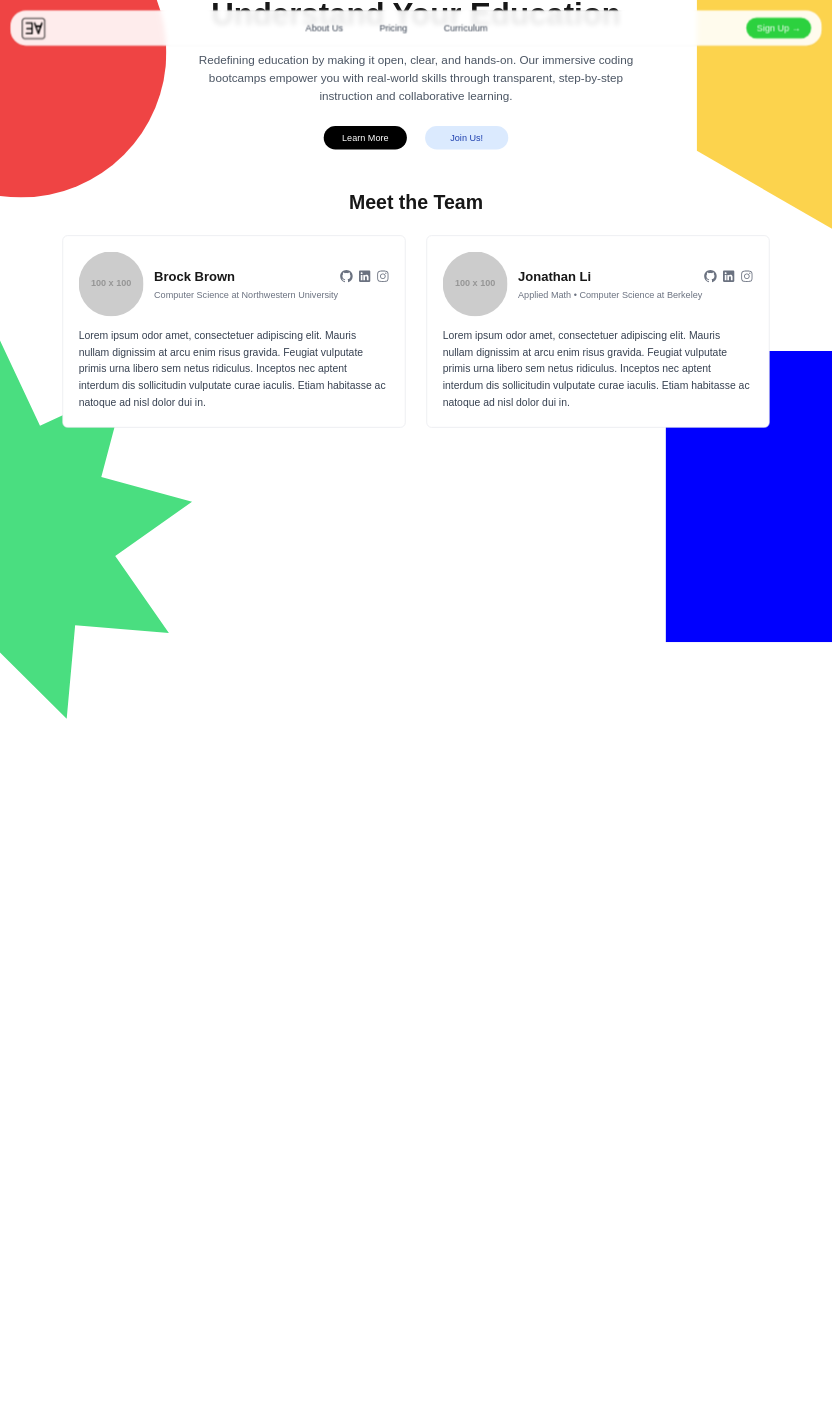
Repository: johnnyli-dev/bootcamp
Page: /
These files come from the project's save history. The page is drawn as it stood at one moment and after the next save; the edit follows.
The browser window is 1280 px wide. The pictures show the whole page, at 65% of full size.
The project was rebuilt for these pictures with package versions that can differ from the ones it lists, and the page was loaded fresh each time. The framework's server and built-in components were replaced by stand-ins that run in the browser. Also part of the build but not shown: next.config.ts.

Above is the page before, as saved 2025-02-22 15:04:24.

### app/page.tsx
import Image from "next/image";
import Navbar from "./components/Navbar";
import PCard from "./components/PCard";
import {
	GitHubLogoIcon,
	LinkedInLogoIcon,
	InstagramLogoIcon,
} from "@radix-ui/react-icons";

import {
	RedCircle,
	YellowHexagon,
	GreenStar,
	BlueSquare,
} from "./components/Shapes";

export default function Home() {
	return (
		<div className="min-h-screen bg-white relative overflow-hidden">
			{/* Hero Section */}
			<div className="relative h-screen flex items-center justify-center">
				{/* SVG Shapes positioned relative to hero section */}
				<div className="absolute inset-0">
					<RedCircle />
					<YellowHexagon />
					<GreenStar />
					<BlueSquare />
				</div>

				<Navbar />

				{/* Centered Content */}
				<div className="max-w-6xl mx-auto px-4 sm:px-6 lg:px-8 z-10">
					<main className="flex flex-col items-center text-center gap-8">
						<h1 className="text-5xl font-bold">
							Understand Your Education
						</h1>
						<p className="text-lg text-gray-600 max-w-2xl">
							Redefining education by making it open, clear, and
							hands-on. Our immersive coding bootcamps empower you
							with real-world skills through transparent,
							step-by-step instruction and collaborative learning.
						</p>
						<div className="flex gap-7 whitespace-nowrap">
							<a
								href="#learn-more"
								className="bg-black text-white px-6 py-2 rounded-full hover:bg-gray-800 transition-colors w-32 text-center text-sm"
							>
								Learn More
							</a>
							<a
								href="#join"
								className="bg-blue-100 text-blue-800 px-6 py-2 rounded-full hover:bg-blue-200 transition-colors w-32 text-center text-sm"
							>
								Join Us!
							</a>
						</div>
					</main>

					{/* About Us (Meet the Team) Section */}
					<section className="py-16 flex flex-col items-center">
						<h2 className="text-3xl font-bold mb-8">
							Meet the Team
						</h2>

						<div className="flex flex-col md:flex-row gap-8 justify-center">
							<PCard
								name="Brock Brown"
								subtitle="Computer Science at Northwestern University"
								description="Lorem ipsum odor amet, consectetuer adipiscing elit. Mauris nullam dignissim at arcu enim risus gravida. Feugiat vulputate primis urna libero sem netus ridiculus. Inceptos nec aptent interdum dis sollicitudin vulputate curae iaculis. Etiam habitasse ac natoque ad nisl dolor dui in."
								profileImage="https://placehold.co/100.png"
                                socialLinks={[
                                    {
                                        icon: <GitHubLogoIcon width={20} height={20} />,
                                        url: "https://github.com/bbrockbrown",
                                    },
                                    {
                                        icon: <LinkedInLogoIcon width={20} height={20} />,
                                        url: "https://www.linkedin.com/in/brock-brown-058216221/",
                                    },
                                    {
                                        icon: <InstagramLogoIcon width={20} height={20} />,
                                        url: "https://www.instagram.com/bbrockbrown/",
                                    },
                                ]}
							/>

							<PCard
								name="Jonathan Li"
								subtitle="Applied Math • Computer Science at Berkeley"
								description="Lorem ipsum odor amet, consectetuer adipiscing elit. Mauris nullam dignissim at arcu enim risus gravida. Feugiat vulputate primis urna libero sem netus ridiculus. Inceptos nec aptent interdum dis sollicitudin vulputate curae iaculis. Etiam habitasse ac natoque ad nisl dolor dui in."
								profileImage="https://placehold.co/100.png"
                                socialLinks={[
                                    {
                                        icon: <GitHubLogoIcon width={20} height={20} />,
                                        url: "https://github.com/johnnyli-dev",
                                    },
                                    {
                                        icon: <LinkedInLogoIcon width={20} height={20} />,
                                        url: "https://www.linkedin.com/in/johnny-li-390841220/",
                                    },
                                    {
                                        icon: <InstagramLogoIcon width={20} height={20} />,
                                        url: "https://www.instagram.com/johnny.lii/",
                                    },
                                ]}
							/>
						</div>
					</section>
				</div>
			</div>

			{/* Additional content sections */}
			<div className="h-screen" />
			<div className="h-screen" />
		</div>
	);
}

### app/globals.css
@tailwind base;
@tailwind components;
@tailwind utilities;

:root {
	--background: #ffffff;
	--foreground: #171717;
}

@media (prefers-color-scheme: dark) {
	:root {
		--background: #ffffff;
		--foreground: #171717;
	}
}

body {
	color: var(--foreground);
	background: var(--background);
	font-family: "Poppins", sans-serif;
	overflow-x: hidden;
}

.geometric-shape {
	position: absolute;
	width: 300px;
	height: 300px;
	border-radius: 50%;
}

### app/components/Navbar.tsx
import Link from "next/link";
import Image from "next/image";

export default function Navbar() {
	return (
		<div className="fixed top-4 left-4 right-4 z-50">
			<nav className="bg-white/90 backdrop-blur-sm rounded-3xl p-1 shadow-sm">
				<div className="max-w-7xl mx-auto">
					<div className="flex items-center justify-between">
						<div className="flex-shrink-0 px-2">
							<Link href="/" className="flex items-center gap-2">
								<Image
									src="/logo.png"
									alt="CodeCamp Logo"
									width={48}
									height={48}
									className="object-contain"
								/>
							</Link>
						</div>

						{/* Center navigation items */}
						<div className="flex-1 flex justify-center">
							<div className="hidden sm:flex space-x-8 items-center">
								<Link
									href="/about-us"
									className="text-gray-700 hover:text-gray-900 px-3 py-2 text-sm"
								>
									About Us
								</Link>
								<Link
									href="/pricing"
									className="text-gray-700 hover:text-gray-900 px-3 py-2 text-sm"
								>
									Pricing
								</Link>
								<Link
									href="/curriculum"
									className="text-gray-700 hover:text-gray-900 px-3 py-2 text-sm"
								>
									Curriculum
								</Link>
							</div>
						</div>

						{/* Sign Up button */}
						<div className="flex-shrink-0 px-3">
							<Link
								href="/sign-up"
								className="bg-[#2cd13f] text-white px-4 py-2 rounded-full text-sm hover:bg-[#8BBBCF] transition-colors"
							>
								Sign Up →
							</Link>
						</div>
					</div>
				</div>
			</nav>
		</div>
	);
}

### app/components/PCard.tsx
"use client";
import Image from "next/image";
import { JSX } from "react";

interface SocialLink {
	icon: JSX.Element;
	url: string;
}

interface PCardProps {
	name: string;
	subtitle: string;
	description: string;
	profileImage: string;
	socialLinks: SocialLink[];
}

export default function PCard({
	name,
	subtitle,
	description,
	profileImage,
	socialLinks,
}: PCardProps) {
	return (
		<div className="border border-gray-200 rounded-lg p-6 w-full max-w-xl bg-white">
			{/* Top row: Profile image + Name & Socials */}
			<div className="flex items-center">
				<Image
					src={profileImage}
					alt={name}
					width={100}
					height={100}
					className="rounded-full object-cover mr-4"
				/>
				<div className="flex-1">
					<div className="flex items-center justify-between">
						<h3 className="text-xl font-bold">{name}</h3>
						<div className="flex space-x-2">
							{socialLinks.map((link, index) => (
								<a
									key={index}
									href={link.url}
									target="_blank"
									rel="noopener noreferrer"
									className="text-gray-500 hover:text-gray-700"
								>
									{link.icon}
								</a>
							))}
						</div>
					</div>
					<p className="text-gray-500 text-sm mt-1">{subtitle}</p>
				</div>
			</div>
			{/* Description */}
			<p className="mt-4 text-gray-700 leading-relaxed">{description}</p>
		</div>
	);
}

### app/components/Shapes.tsx
"use client";
import { useScrollRotation } from "../hooks/useScrollRotation";
import { motion, useViewportScroll, useTransform } from "framer-motion";


export function RedCircle() {
	const rotation = useScrollRotation();
	return (
		<svg
			className="absolute top-[-20%] left-[-15%] -translate-x-1/2 -translate-y-1/2 w-[35vw] h-[35vw] transition-transform duration-100"
			viewBox="0 0 256 256"
			style={{ transform: `rotate(${rotation}deg)` }}
		>
			<circle cx="128" cy="128" r="128" fill="#EF4444" />
		</svg>
	);
}

export function YellowHexagon() {
	const rotation = useScrollRotation();
	return (
		<svg
			className="absolute top-[-20%] right-[-20%] translate-x-1/2 -translate-y-1/2 w-[40vw] h-[40vw] transition-transform duration-100"
			viewBox="0 0 256 256"
			style={{ transform: `rotate(${-rotation}deg)` }}
		>
			<polygon
				points="128,8 231.92,68 231.92,188 128,248 24.08,188 24.08,68"
				fill="#FCD34D"
			/>
		</svg>
	);
}

export function GreenStar() {
	const rotation = useScrollRotation();
	return (
		<svg
			className="absolute top-[70%] left-[-25%] -translate-x-1/2 -translate-y-1/2 w-[50vw] h-[50vw] transition-transform duration-100"
			viewBox="0 0 256 256"
			style={{ transform: `rotate(${rotation * 0.5}deg)` }}
		>
			<polygon
				points="
          128,8
          152.62,60.34
          205.13,36.08
          190.35,92
          246.18,107.16
          198.91,140.52
          231.92,188
          174.25,183.16
          169.04,240.76
          128,200
          86.96,240.76
          81.75,183.16
          24.08,188
          57.09,140.52
          9.82,107.16
          65.65,92
          50.87,36.08
          103.38,60.34
        "
				fill="#4ADE80"
			/>
		</svg>
	);
}

export function BlueSquare() {
	const rotation = useScrollRotation();
	return (
		<svg
			className="absolute top-[75%] left-[80%] -translate-x-1/2 -translate-y-1/2 w-[35vw] transition-transform h-[35vw] duration-100"
			viewBox="0 0 256 256"
			style={{ transform: `rotate(${rotation * 1.5}deg)` }}
		>
			<rect x="0" y="0" width="256" height="256" fill="blue" />
		</svg>
	);
}

### app/hooks/useScrollRotation.ts
import { useState, useEffect } from "react";

export function useScrollRotation() {
	const [rotation, setRotation] = useState(0);

	useEffect(() => {
		const handleScroll = () => {
			const scrolled = window.scrollY;
			setRotation(scrolled * 0.1); // Adjust this multiplier to control rotation speed
		};

		window.addEventListener("scroll", handleScroll);
		return () => window.removeEventListener("scroll", handleScroll);
	}, []);

	return rotation;
}

Loaded but not shown: app/layout.tsx (common file); tailwind.config.ts (common file)

After the next save:
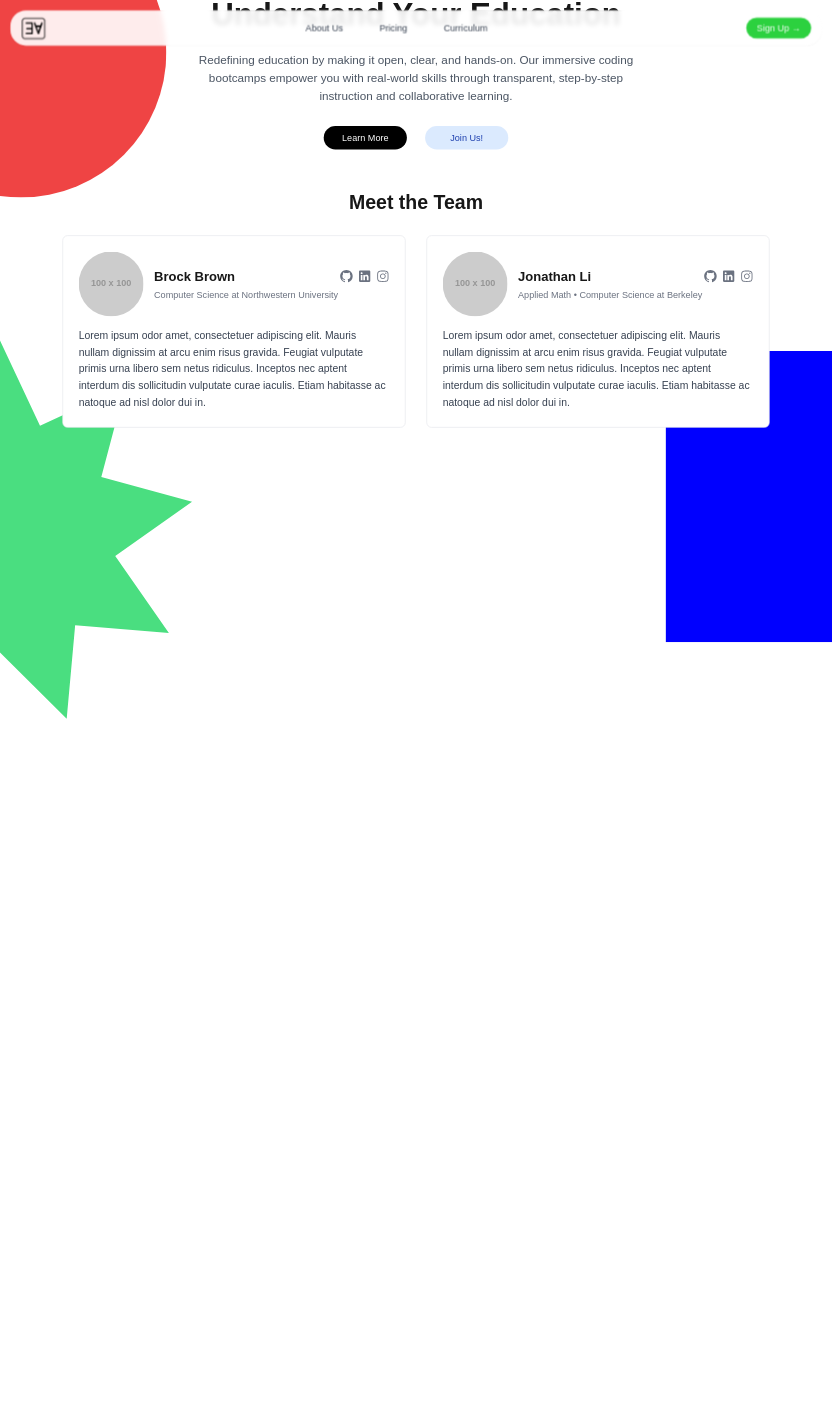
Saved 30 s later.
--- a/app/components/Shapes.tsx
+++ b/app/components/Shapes.tsx
@@ -17,7 +17,7 @@
 }
 
 export function YellowHexagon() {
-	const rotation = useScrollRotation();
+	const rotation = useViewportScroll();
 	return (
 		<svg
 			className="absolute top-[-20%] right-[-20%] translate-x-1/2 -translate-y-1/2 w-[40vw] h-[40vw] transition-transform duration-100"

After the save that followed:
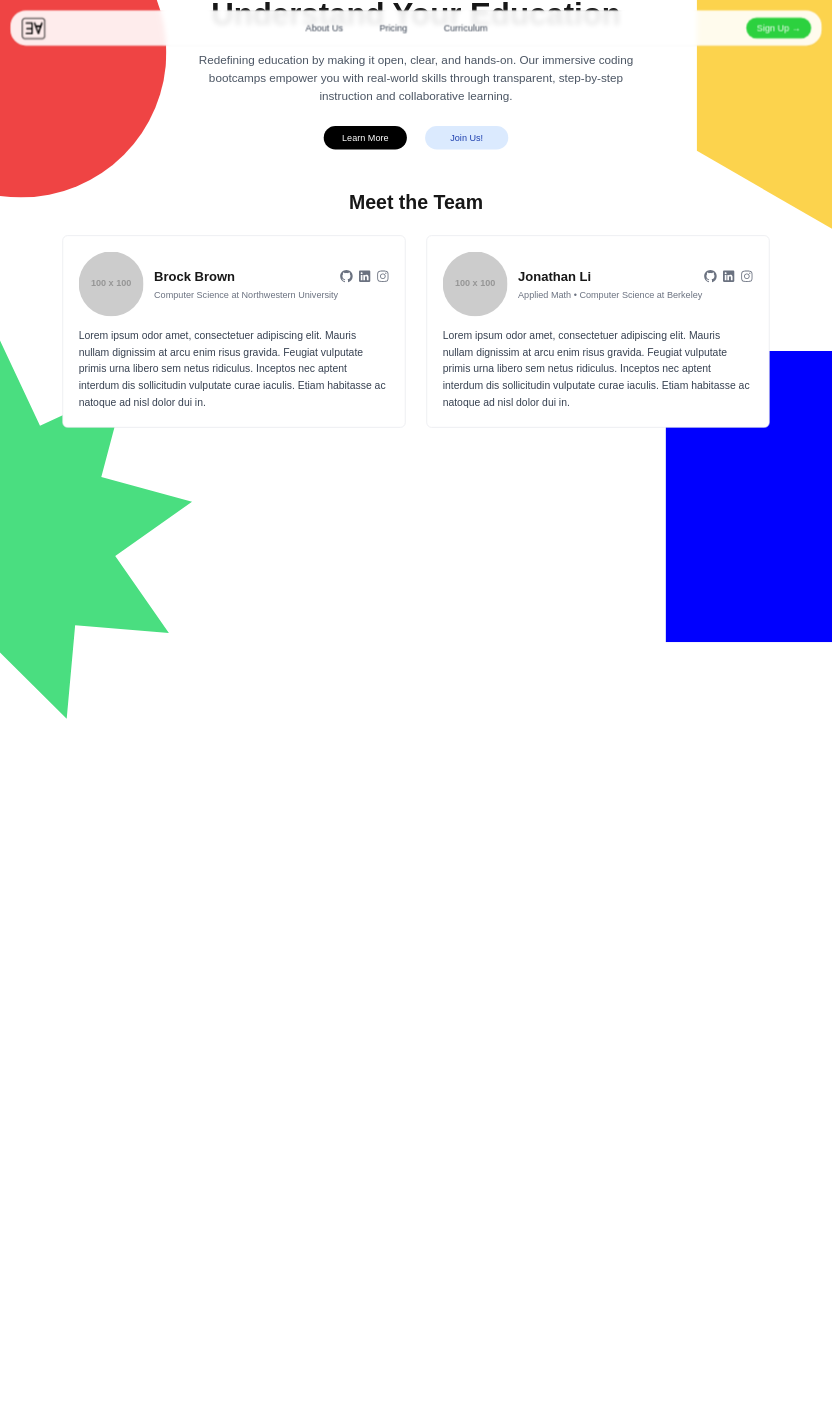
Saved 74 s later.
--- a/app/components/Shapes.tsx
+++ b/app/components/Shapes.tsx
@@ -17,18 +17,19 @@
 }
 
 export function YellowHexagon() {
-	const rotation = useViewportScroll();
+    const { scrollY } = useViewportScroll();
+    const rotate = useTransform(scrollY, [0, 1000], [0, 360]);
 	return (
-		<svg
+		<motion.svg
 			className="absolute top-[-20%] right-[-20%] translate-x-1/2 -translate-y-1/2 w-[40vw] h-[40vw] transition-transform duration-100"
 			viewBox="0 0 256 256"
-			style={{ transform: `rotate(${-rotation}deg)` }}
+			style={{ rotate }}
 		>
 			<polygon
 				points="128,8 231.92,68 231.92,188 128,248 24.08,188 24.08,68"
 				fill="#FCD34D"
 			/>
-		</svg>
+		</motion.svg>
 	);
 }
 
